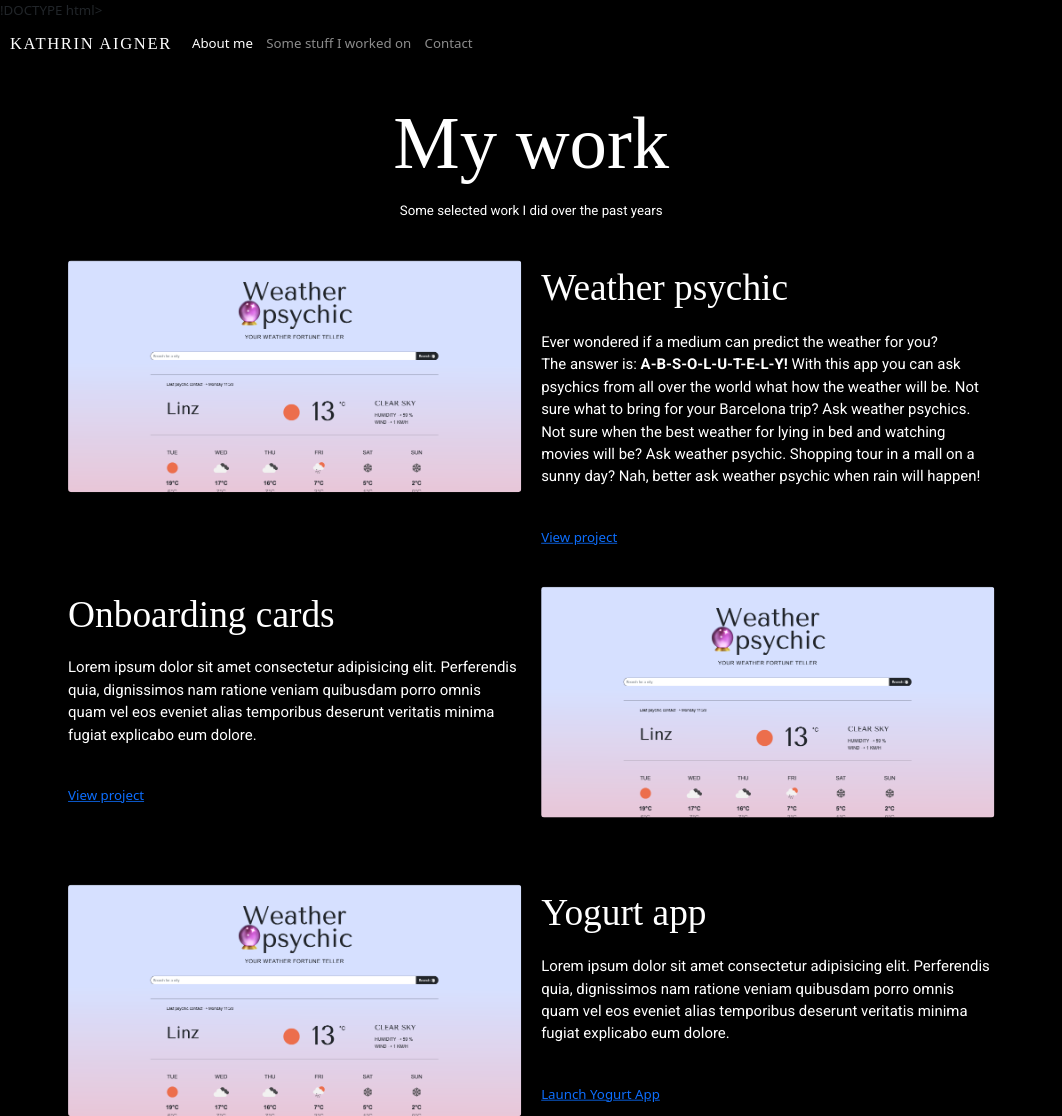
Repository: kathrin-aigner/Portfolio-2022
Page: work.html
The author's editor kept a copy of each file at every save. The page is drawn from the files as they stood at one save, then again after the next save.
The browser window is 1280 px wide. The pictures show the whole page, at 83% of full size.
Some web fonts or font styles are not loaded; a fallback is used. Some web libraries are served in a nearby version.

Above is the page before, as saved 2022-03-28 13:00:05.

After the next save:
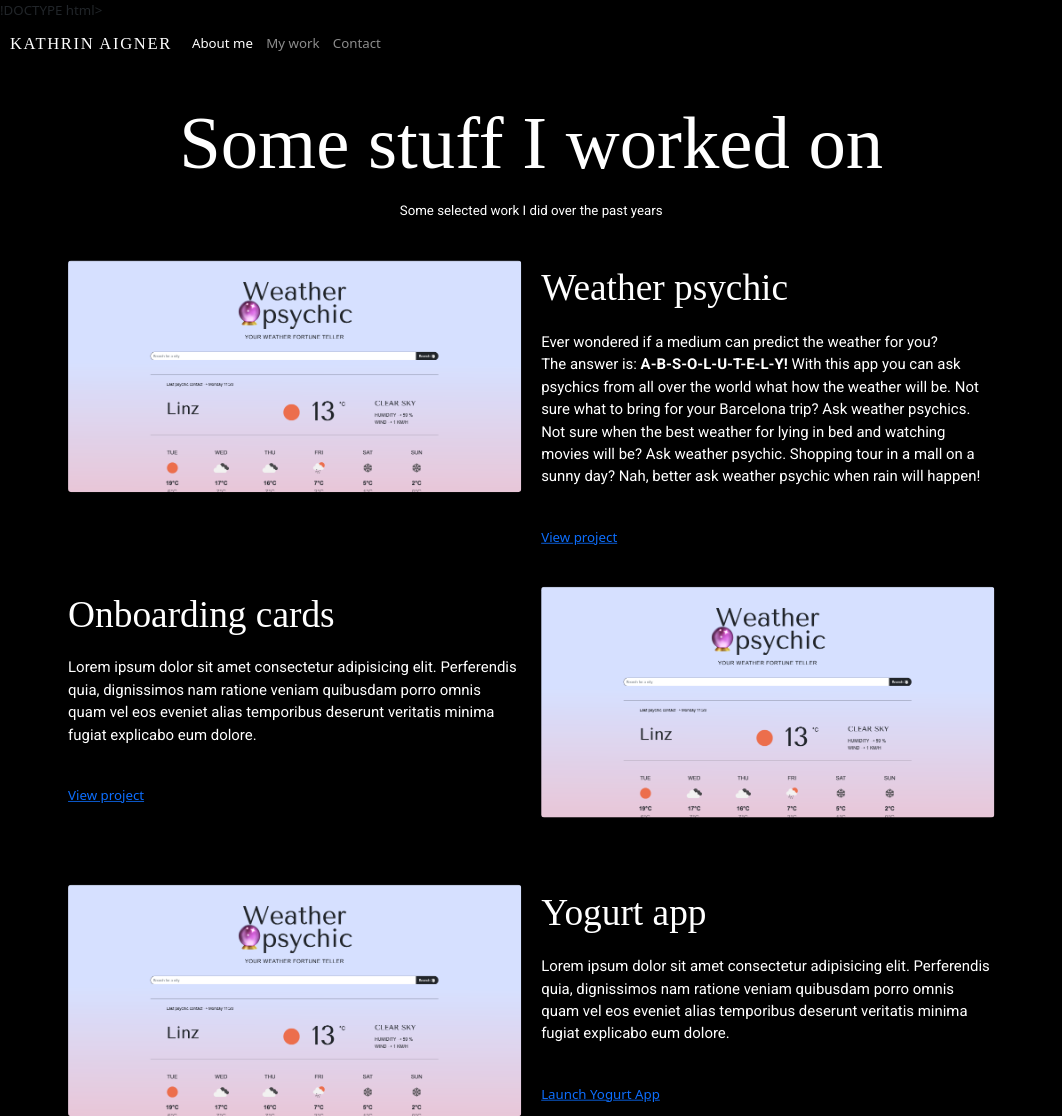
Saved 21 s later.
--- a/work.html
+++ b/work.html
@@ -57,7 +57,7 @@
             </li>
             <li class="nav-item">
               <a class="nav-link" href="/work.html" title="View my work here"
-                >Some stuff I worked on</a
+                >My work</a
               >
             </li>
             <li class="nav-item">
@@ -71,7 +71,7 @@
     </nav>
     <div class="container">
       <div class="header-page text-center mt-5 mb-4">
-        My work
+        Some stuff I worked on
       </div>
       <div class="introduction text-center mb-5">
         Some selected work I did over the past years
